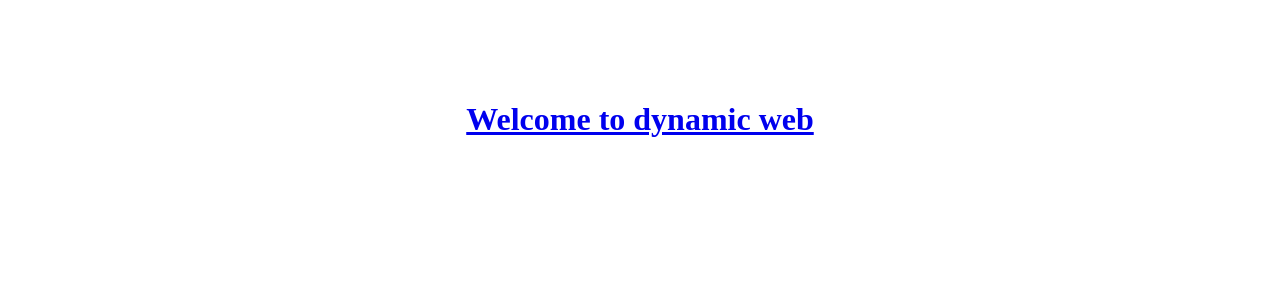
Repository: Ajay12Ajay/Advance_Java
Page: http://localhost/Advance_Web_Project/Index.jsp
These files come from the project's save history. The page is drawn as it stood at one moment and after the next save; the edit follows.
The browser window is 1280 px wide. The pictures show the whole page.
The page is served by Tomcat 9.

Above is the page before, as saved 2025-07-23 09:25:32.

After the next save:
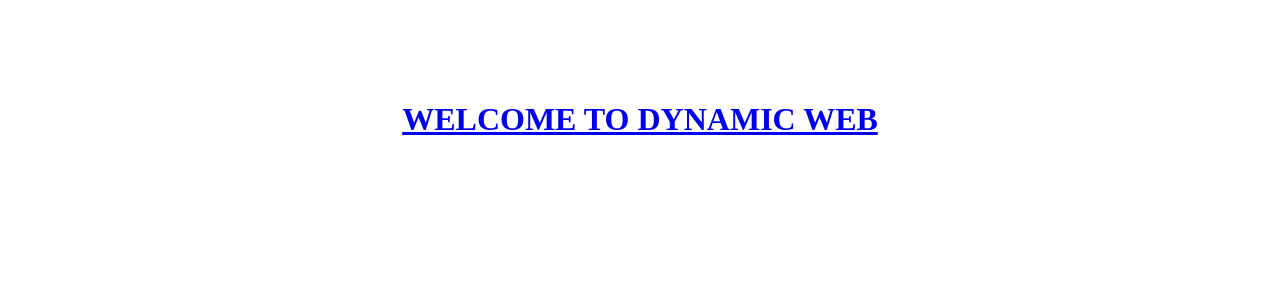
Saved 3 min 20 s later.
--- a/Advance_Java/Advance_Web_Project/WebContent/Index.jsp
+++ b/Advance_Java/Advance_Web_Project/WebContent/Index.jsp
@@ -15,7 +15,7 @@
 	<br>
 	<div align="center">
 		<h1>
-			<a href="UserRegistrationClt">Welcome to dynamic web </a>
+			<a href="UserRegistrationClt">WELCOME TO DYNAMIC WEB </a>
 		</h1>
 
 	</div>
